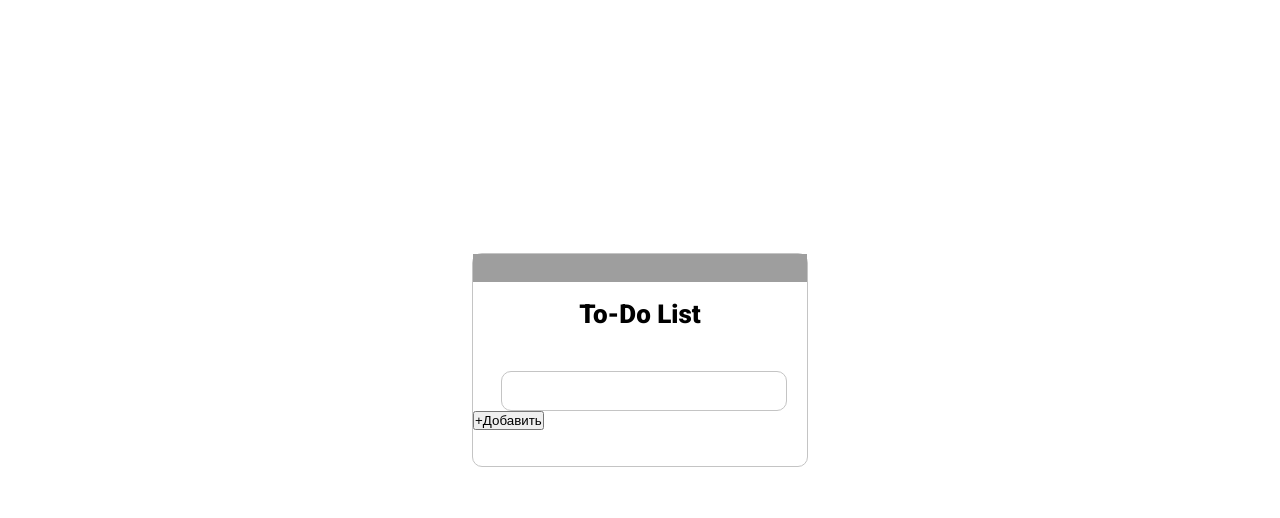
Repository: NatiqSamiyev/To-do-List-js
Page: insex.html
These files come from the project's save history. The page is drawn as it stood at one moment and after the next save; the edit follows.
The browser window is 1280 px wide. The pictures show the whole page.
Pictures or frames that could not be fetched are drawn as grey boxes. Some web fonts or font styles are not loaded; a fallback is used.

Above is the page before, as saved 2023-10-31 11:44:10.

### insex.html
<!DOCTYPE html>
<html lang="en">
<head>
    <meta charset="UTF-8">
    <meta name="viewport" content="width=device-width, initial-scale=1.0">
    <title>Document</title>
    <link rel="stylesheet" href="index.css">
</head>
<body>

    <div class="list-container">
        <form action="">
            <div class="color">
               <img src="./image/Rectangle 32.svg" alt="">
               <h1> To-do list </h1>
            </div>

            <label for="">
                <input type="text" class="text-input" required>
            </label>
<button>
    <div class="circle">
        +
    </div>
    <p>Добавить</p>
</button>
            <!-- <div class="btn-box">
              <button class="btn-1">
                <h2>Добавить</h2>
             </button>
              <button class="btn-2"><p>+</p></button>
            </div> -->

            <ul>


            </ul>


        </form>
    </div>



</body>
<script src="./index.js"></script>
</html>

### index.css
@import url("https://fonts.googleapis.com/css2?family=Epilogue:wght@400;600;700;800&family=Inter:wght@400;500;600;700&family=Laila:wght@700&family=Open+Sans:wght@400;600;700;800&family=Roboto+Slab:wght@700&family=Roboto:wght@400;700;900&display=swap");

* {
  margin: 0;
  padding: 0;
  box-sizing: border-box;
}

.list-container {
  width: 100%;
  display: flex;
  width: 100%;
  min-height: 100vh;
  padding: 232px 0px;
  justify-content: center;
  align-items: center;
  background: #fff;
}

form {
  width: 336px;
  /* height: 236px; */
  border-radius: 10px;
  border: 1px solid #c4c4c4;
  background: rgba(196, 196, 196, 0);
}

form .color img {
  width: 100%;
  height: 28px;
}

.color h1 {
  margin-top: 13px;
  color: #000;
  text-align: center;
  font-family: Roboto;
  font-size: 26px;
  font-style: normal;
  font-weight: 900;
  line-height: normal;
  text-transform: capitalize;
}

input {
  margin-top: 42px;
  margin-left: 28px;
  padding: 10px 15px;
  width: 286px;
  height: 40px;
  border-radius: 10px;
  border: 1px solid #c4c4c4;
  background: rgba(196, 196, 196, 0);
  cursor: pointer;
}

.btn-box {
  position: relative;
  width: 129px;
  height: 42px;
}

.btn-1 {
  margin-top: 18px;
  margin-left: 113px;
  width: 129px;
  height: 42px;
  border: none;
  background-color: #833AE0;
  border-radius: 20px;
  cursor: pointer;
}

.btn-1 h2 {
  color: #fff;
  margin-left: 20px;
  font-family: Roboto;
  font-size: 14px;
  font-style: normal;
  font-weight: 400;
  line-height: normal;
  flex-direction: column;
  justify-content: center;
  display: flex;
}

.btn-2 {
  width: 42px;
  height: 42px;
  background-color: #833AE0;
  border-radius: 25px;
  border: none;
  position: absolute;
  margin-left: 110px;
  top: 18px;
  cursor: pointer;
}

.btn-2 p {
  color: #fff;
  text-align: center;
  font-family: Roboto;
  font-size: 14px;
  font-style: normal;
  font-weight: 400;
  line-height: normal;
  display: flex;
  flex-direction: column;
  justify-content: center;
}

ul{
    margin-bottom: 12px;
    padding: 12px 30px 12px 27px;
}

ul li{
    margin-top: 24px;
    list-style-type: none;
    display: flex;
    justify-content: space-between;
}

ul li h3{
    color: #000;
font-family: Roboto;
font-size: 14px;
font-style: normal;
font-weight: 400;
line-height: normal;
}

ul li img{
    width: 20px;
height: 20px;

}


button{
  display: flex;
}

### index.js
let form=document.querySelector('form')
let bntList=document.querySelector('.btn')
let ul=document.querySelector('ul')
let input=document.querySelector('.text-input')


form.addEventListener('sumbit', sumbitForm)
function sumbitForm(a) {
    a.preventDefault()
    ul.innerHTML +=`
    <li>
     <h3>Почистить зубы</h3>
     <img src="./image/Group 56.svg" alt="">
     <p>${textInput.value}</p>
    </li>

    <li>
     <h3>Купить зубную пасту</h3>
     <img src="./image/Group 56.svg" alt="">
    </li>

    <li>
     <h3>Умыться</h3>
     <img src="./image/Group 56.svg" alt="">
    </li>

    <li>
     <h3>Выпить кофе</h3>
     <img src="./image/Group 56.svg" alt="">
    </li>

    <li>
     <h3>Принять душ</h3>
     <img src="./image/Group 56.svg" alt="">
    </li>
`;
form.reset();

}

After the next save:
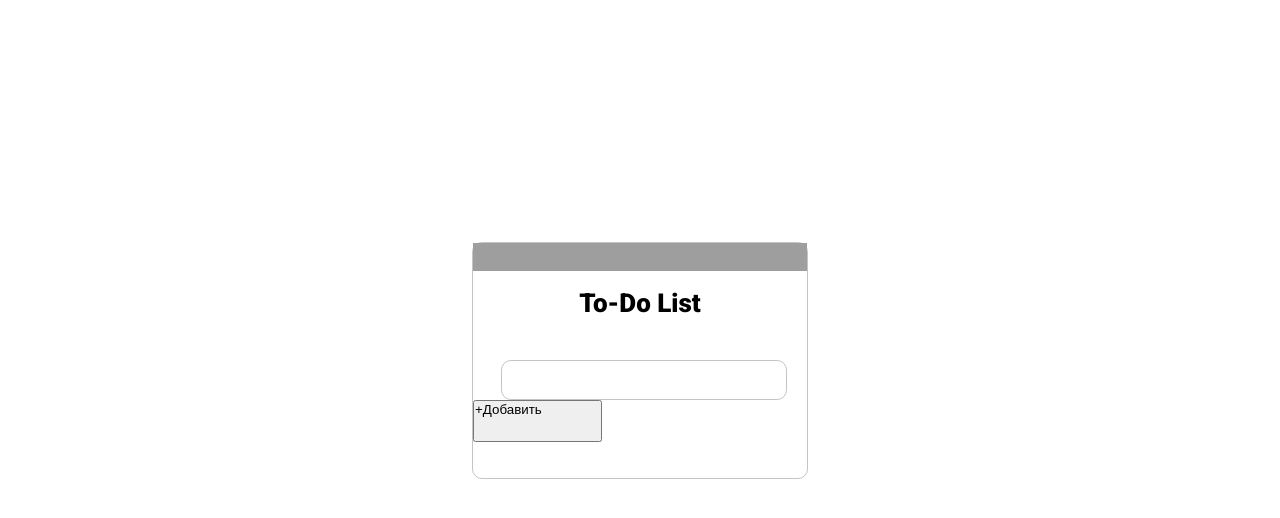
Saved 19 s later.
--- a/index.css
+++ b/index.css
@@ -139,4 +139,6 @@ height: 20px;
 
 button{
   display: flex;
+  width: 129px;
+height: 42px
 }
